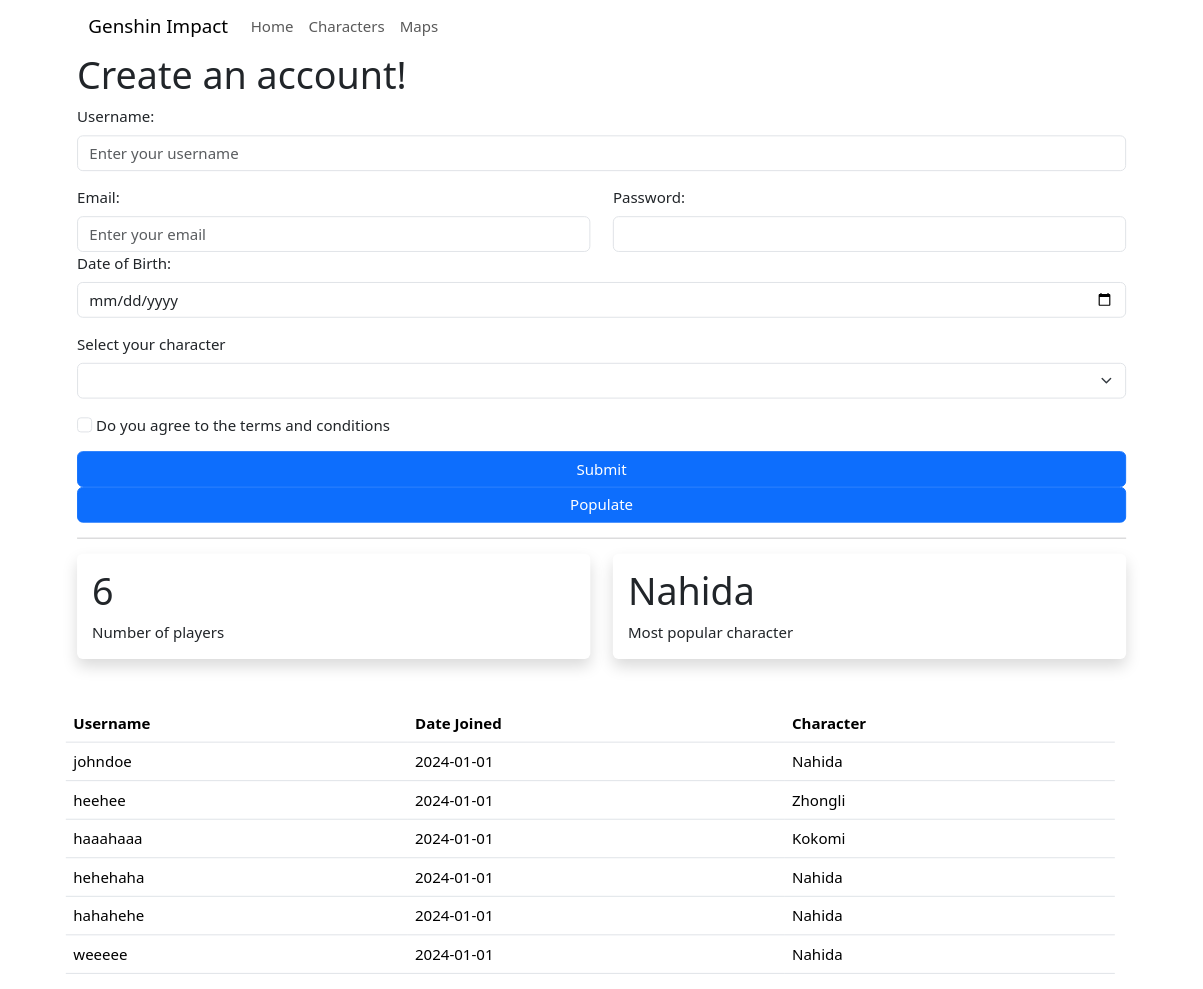
Repository: pendragons-code/BootStrap-Lesson
Page: static/html/genshin_account.html
The author's editor kept a copy of each file at every save. The page is drawn from the files as they stood at one save, then again after the next save.
The browser window is 1280 px wide. The pictures show the whole page, at 94% of full size.

Above is the page before, as saved 2024-07-24 10:53:06.

After the next save:
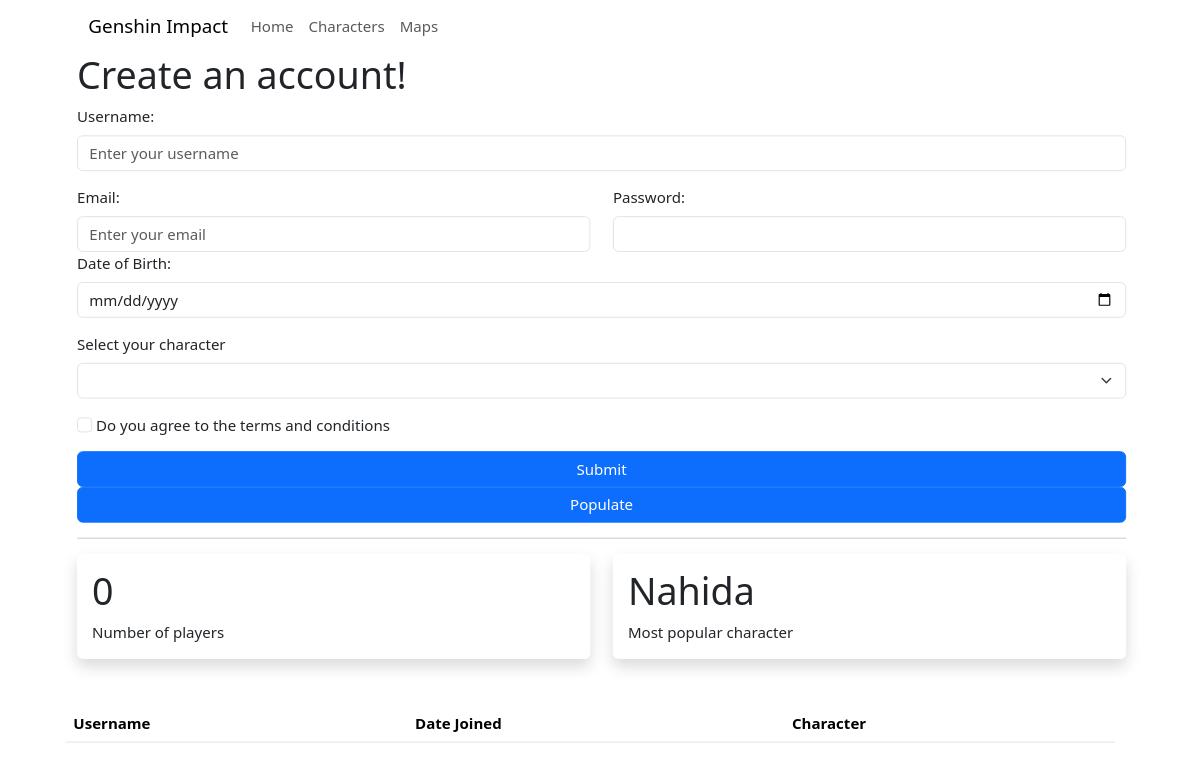
Console error: SyntaxError: Unexpected token 'return'
Saved 11 s later.
--- a/static/js/genshin_form.js
+++ b/static/js/genshin_form.js
@@ -73,6 +73,6 @@
 
 function isUsernameUnique() {
 	let result = true;
-
+	let username =
 	return result;
 }

After the save that followed:
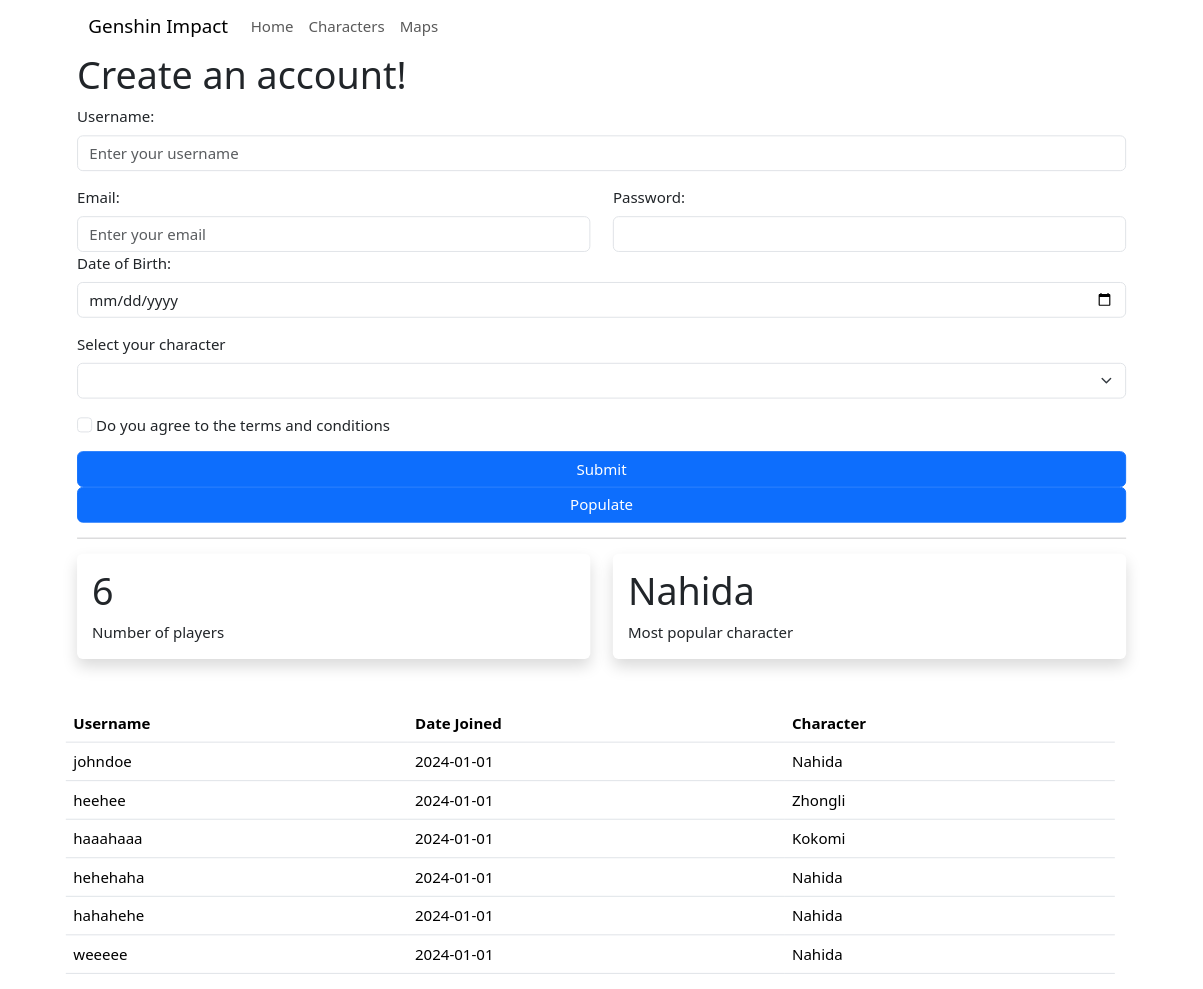
The error is gone.
Saved 7 s later.
--- a/static/js/genshin_form.js
+++ b/static/js/genshin_form.js
@@ -73,6 +73,6 @@
 
 function isUsernameUnique() {
 	let result = true;
-	let username =
+	let username = document.gete
 	return result;
 }
